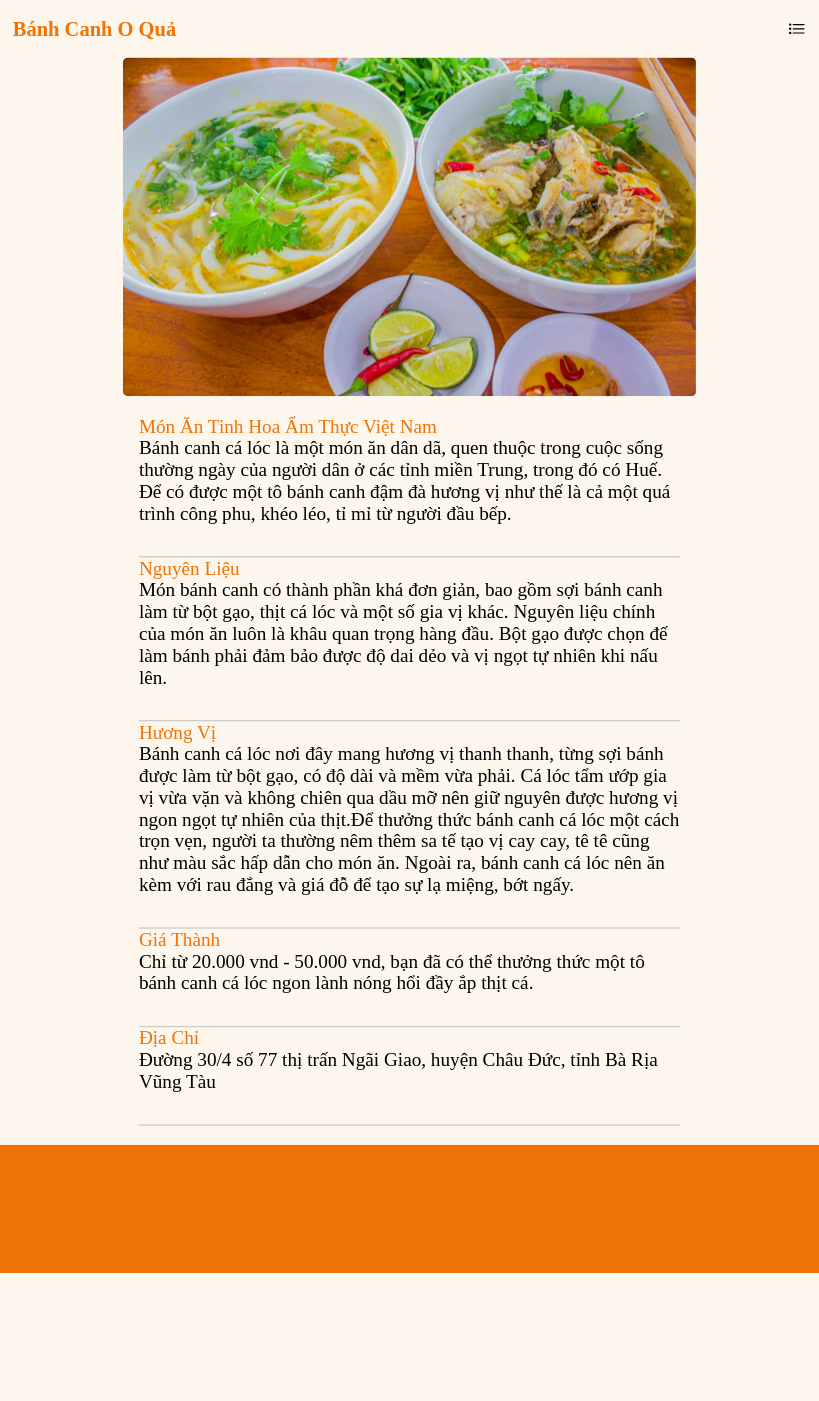
Repository: LeCongTuan2608/AmThuc
Page: public/index.html
These files come from the project's save history. The page is drawn as it stood at one moment and after the next save; the edit follows.
The browser window is 1280 px wide. The pictures show the whole page, at 64% of full size.
Some web fonts or font styles are not loaded; a fallback is used. The style sheet was rebuilt from its Sass, Less or Tailwind sources for each picture, by a compiler version that may differ from the author's.

Above is the page before, as saved 2022-04-15 12:16:01.

After the next save:
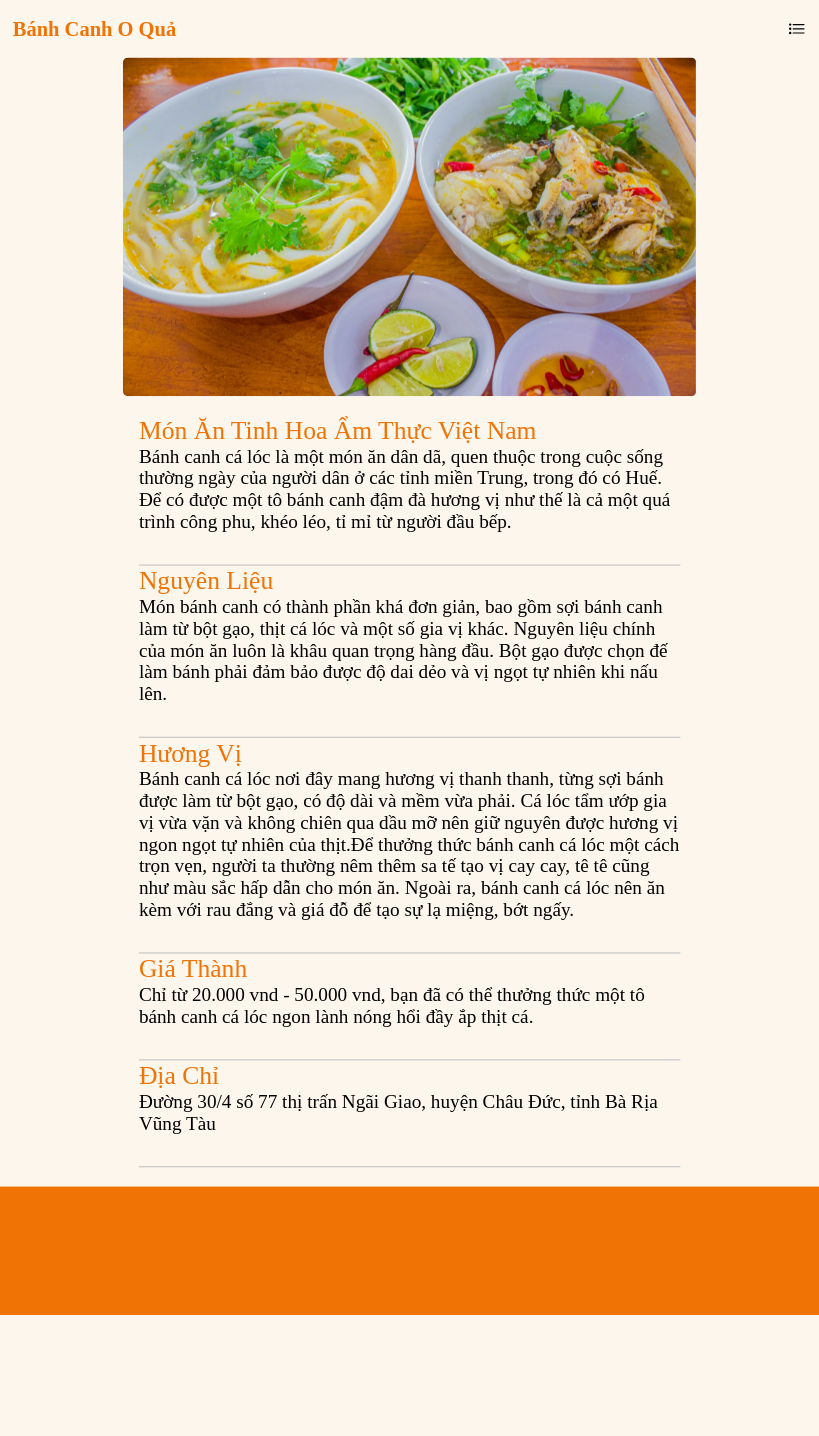
Saved 4 s later.
--- a/sass/index.scss
+++ b/sass/index.scss
@@ -67,7 +67,7 @@ main #container{
     padding-bottom: 50px;
 }
 .posts span{
-    font-size: 30px;
+    font-size: 40px;
     color: $words_Color;
     text-align: center;
     margin: 60px 0 30px 0;
